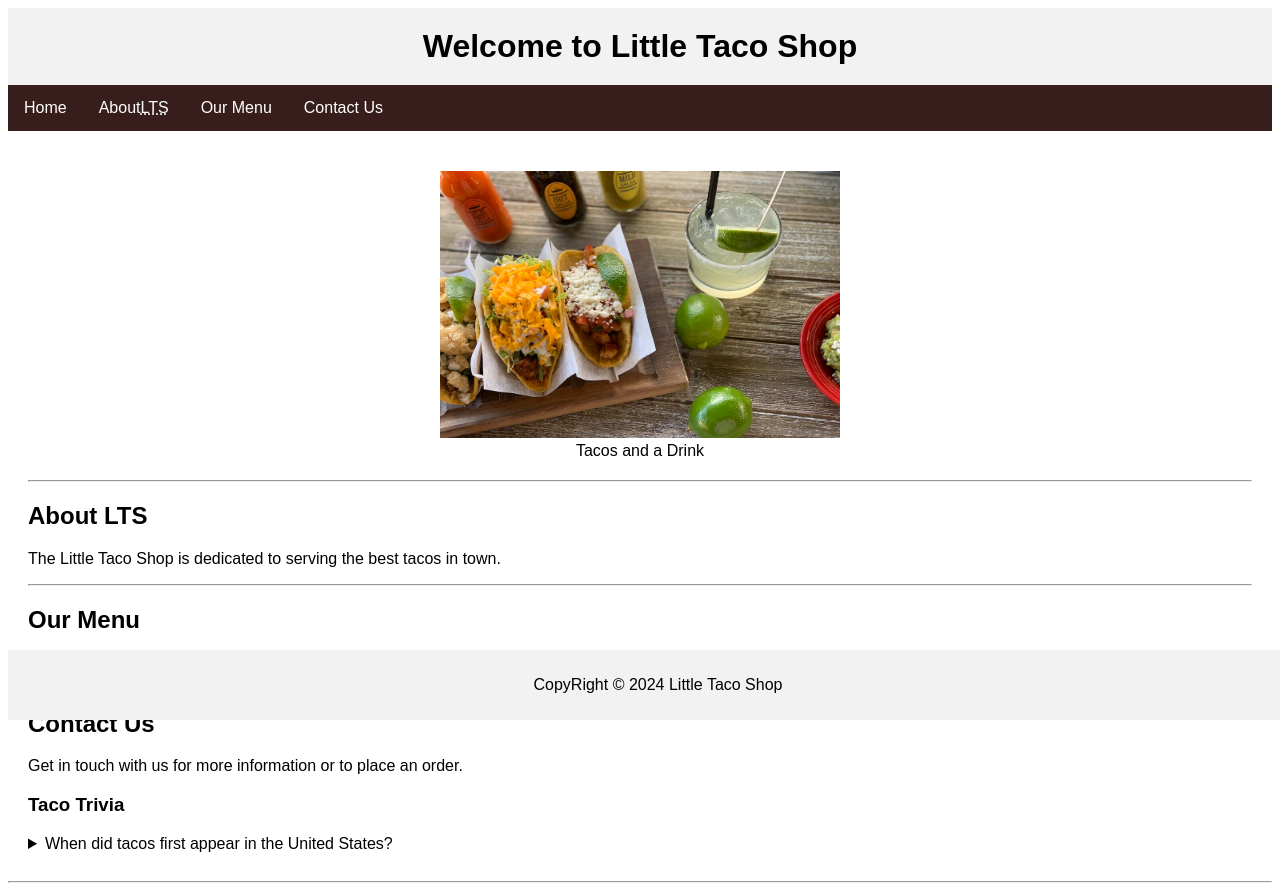
Repository: cavidk/taco_shop-web
Page: html basics/index.html
An editor plug-in stored every save of this project. The page is shown before and after the next save, followed by the edit.
The browser window is 1280 px wide. The pictures show the whole page.

Above is the page before, as saved 2024-06-11 10:18:27.

After the next save:
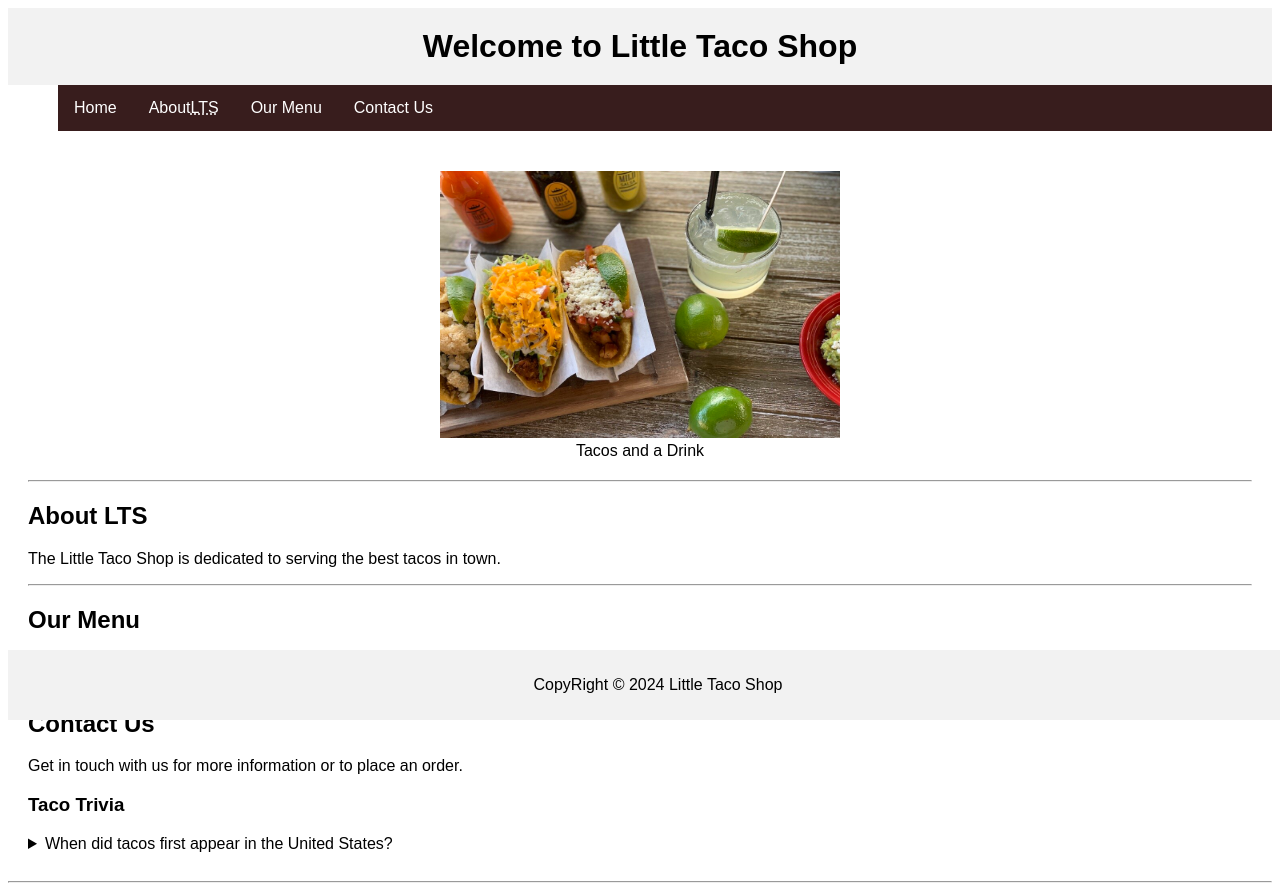
Saved 21 s later.
--- a/html basics/css/style.css
+++ b/html basics/css/style.css
@@ -5,13 +5,13 @@
 nav {
    background-color: #381d1d;
    overflow: hidden;
+   margin-left: 50px;
 }
 
 nav ul {
    list-style-type: none;
    margin: 0;
    padding: 0;
-   justify-content: center;
 }
 
 nav ul li {

After the save that followed:
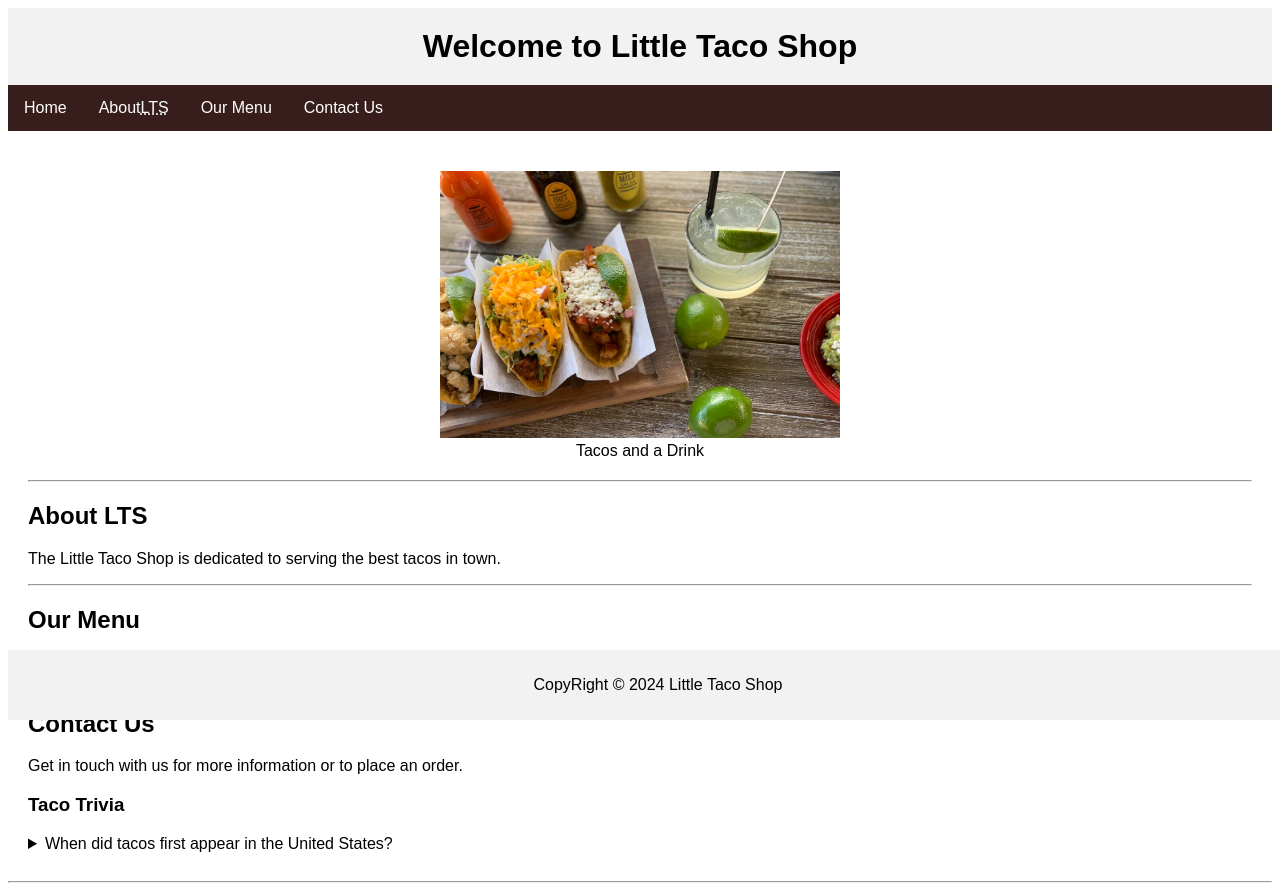
Saved 14 s later.
--- a/html basics/css/style.css
+++ b/html basics/css/style.css
@@ -5,7 +5,6 @@
 nav {
    background-color: #381d1d;
    overflow: hidden;
-   margin-left: 50px;
 }
 
 nav ul {
